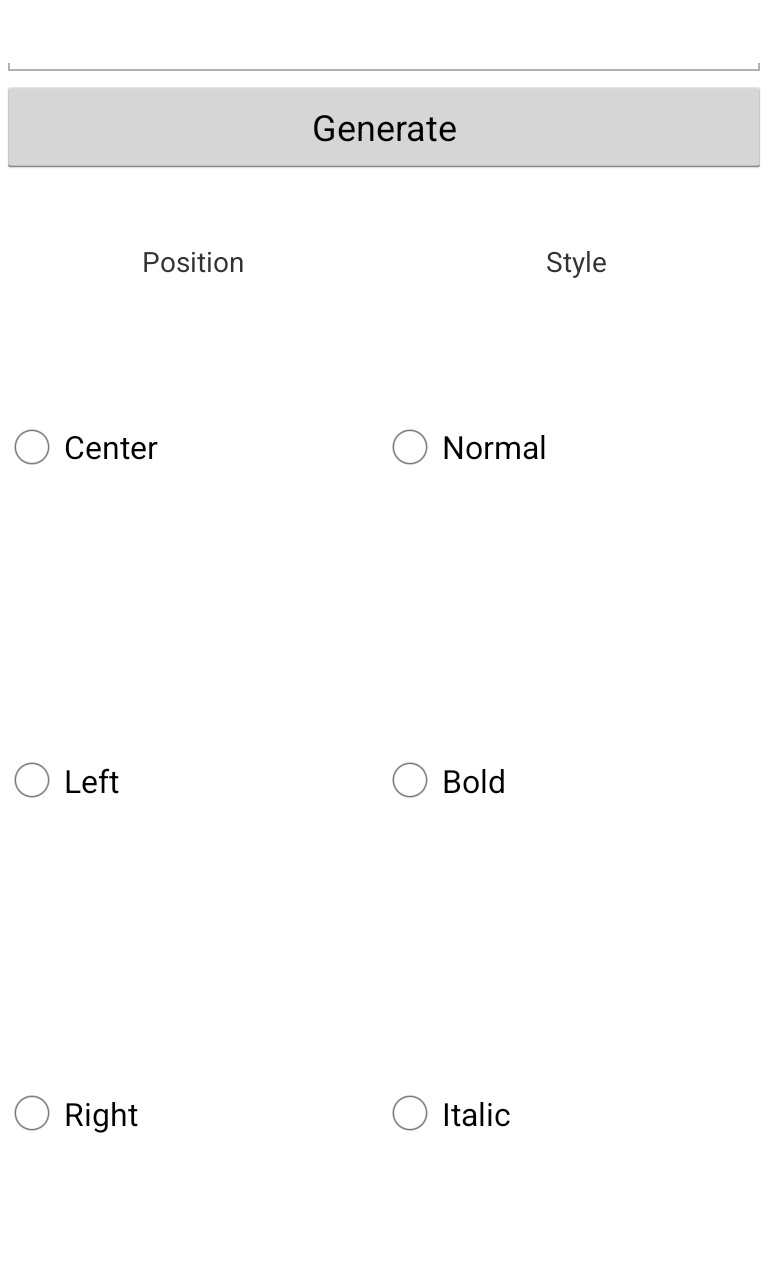
Repository: IgnacioRV/AndroidDev
Layout: ProjectYasuo/res/layout/adv_screen.xml
An editor plug-in stored every save of this project. The layout is shown before and after a run of saves, followed by the edit.
It is drawn on a 768 x 1280 px phone screen (xhdpi) without system bars, with theme AppTheme; the app's code is not run.

Above is the layout before, as saved 2016-01-27 10:27:24.

### ProjectYasuo/res/layout/adv_screen.xml
<?xml version="1.0" encoding="utf-8"?>
<LinearLayout xmlns:android="http://schemas.android.com/apk/res/android"
    android:layout_width="match_parent"
    android:layout_height="match_parent"
    android:layout_marginTop="20dp"
    android:orientation="vertical" >

    <EditText
        android:id="@+id/editText1"
        android:layout_width="match_parent"
        android:layout_height="wrap_content"
        android:text=" " />

    <Button
        android:id="@+id/bGen"
        android:layout_width="match_parent"
        android:layout_height="wrap_content"
        android:text="Generate" />

    <TextView
        android:id="@+id/tvNew"
        android:layout_width="match_parent"
        android:layout_height="wrap_content"
        android:textSize="25sp"
        android:text="" />

    <LinearLayout
        android:layout_width="match_parent"
        android:layout_height="wrap_content"
        android:orientation="horizontal"
        android:weightSum="2" >

        <TextView
            android:id="@+id/textView2"
            android:layout_width="fill_parent"
            android:layout_height="wrap_content"
            android:layout_weight="1"
            android:gravity="center"
            android:text="Position" />

        <TextView
            android:id="@+id/textView1"
            android:layout_width="fill_parent"
            android:layout_height="wrap_content"
            android:layout_weight="1"
            android:gravity="center"
            android:text="Style" />
    </LinearLayout>

    <LinearLayout
        android:layout_width="match_parent"
        android:layout_height="fill_parent"
        android:orientation="horizontal"
        android:weightSum="2" >

        <RadioGroup
            android:layout_width="wrap_content"
            android:layout_height="fill_parent"
            android:layout_weight="1"
            android:orientation="vertical"
            android:id="@+id/rg">

            <RadioButton
                android:id="@+id/rbCenter"
                android:layout_width="wrap_content"
                android:layout_height="fill_parent"
                android:layout_weight="1"
                android:text="Center" />

            <RadioButton
                android:id="@+id/rbLeft"
                android:layout_width="wrap_content"
                android:layout_height="fill_parent"
                android:layout_weight="1"
                android:text="Left" />

            <RadioButton
                android:id="@+id/rbRight"
                android:layout_width="wrap_content"
                android:layout_height="fill_parent"
                android:layout_weight="1"
                android:text="Right" />
        </RadioGroup>

        <RadioGroup
            android:layout_width="wrap_content"
            android:layout_height="fill_parent"
            android:layout_weight="1"
            android:orientation="vertical"
            android:id="@+id/rs" >

            <RadioButton
                android:id="@+id/rbNormal"
                android:layout_width="wrap_content"
                android:layout_height="fill_parent"
                android:layout_weight="1"
                android:text="Normal" />

            <RadioButton
                android:id="@+id/rbBold"
                android:layout_width="wrap_content"
                android:layout_height="fill_parent"
                android:layout_weight="1"
                android:text="Bold" />

            <RadioButton
                android:id="@+id/rbItalic"
                android:layout_width="wrap_content"
                android:layout_height="fill_parent"
                android:layout_weight="1"
                android:text="Italic" />
        </RadioGroup>
    </LinearLayout>



</LinearLayout>

Loaded but not shown: ProjectYasuo/res/values/styles.xml (common file); ProjectYasuo/res/values-v11/styles.xml (common file); ProjectYasuo/res/values-v14/styles.xml (common file)

After the next 2 saves:
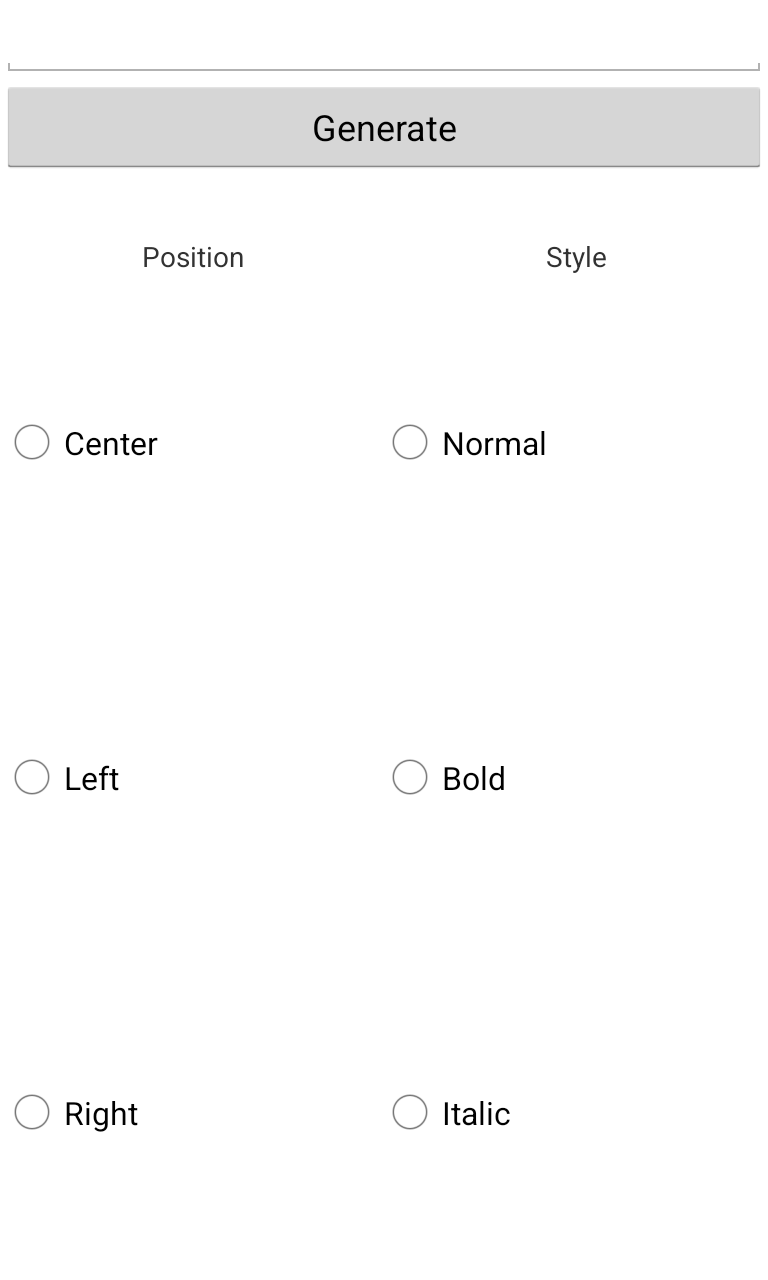
The 2 saves are shown as one change because they came seconds apart.
The last was saved 20 s later.
--- a/ProjectYasuo/res/layout/adv_screen.xml
+++ b/ProjectYasuo/res/layout/adv_screen.xml
@@ -21,7 +21,7 @@
         android:id="@+id/tvNew"
         android:layout_width="match_parent"
         android:layout_height="wrap_content"
-        android:textSize="25sp"
+        android:textSize="23sp"
         android:text="" />
 
     <LinearLayout
